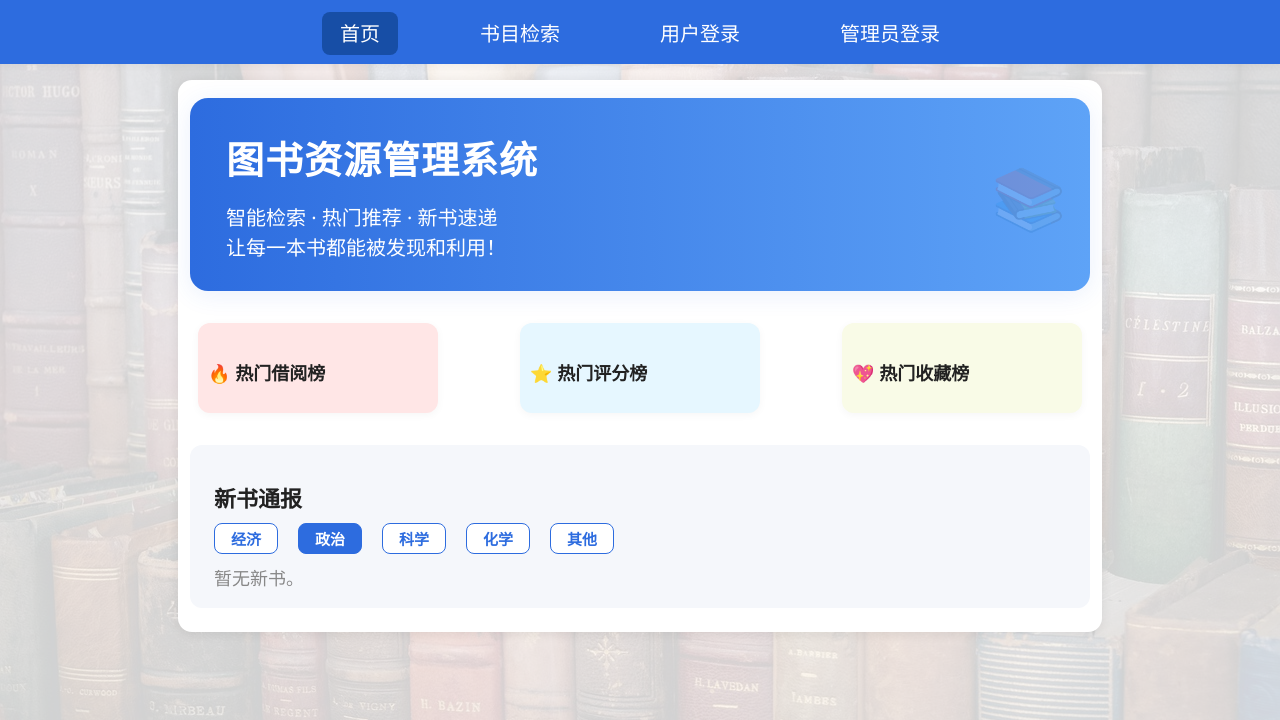
Repository: MercuryRandom/Library-Resource-Management-System
Page: / (app in frontend/)
The author's editor kept a copy of each file at every save. The page is drawn from the files as they stood at one save, then again after the next save.
The browser window is 1280 px wide. The pictures show the whole page.
The page's requests for data from a server got no answer. The project was rebuilt for these pictures with package versions that can differ from the ones it lists, and the page was loaded fresh each time. No one was signed in, and anything a server would have sent is missing. Also part of the build but not shown: frontend/vite.config.js, frontend/src/pages/SearchPage.jsx, frontend/src/pages/LoginPage.jsx, frontend/src/pages/RegisterPage.jsx, frontend/src/pages/UserLibraryPage.jsx, frontend/src/pages/AdminLoginPage.jsx, frontend/src/pages/admin/ReaderManagementPage.jsx, frontend/src/pages/admin/BookManagementPage.jsx and 1 more.

Above is the page before, as saved 2025-06-27 20:58:38.

After the next save:
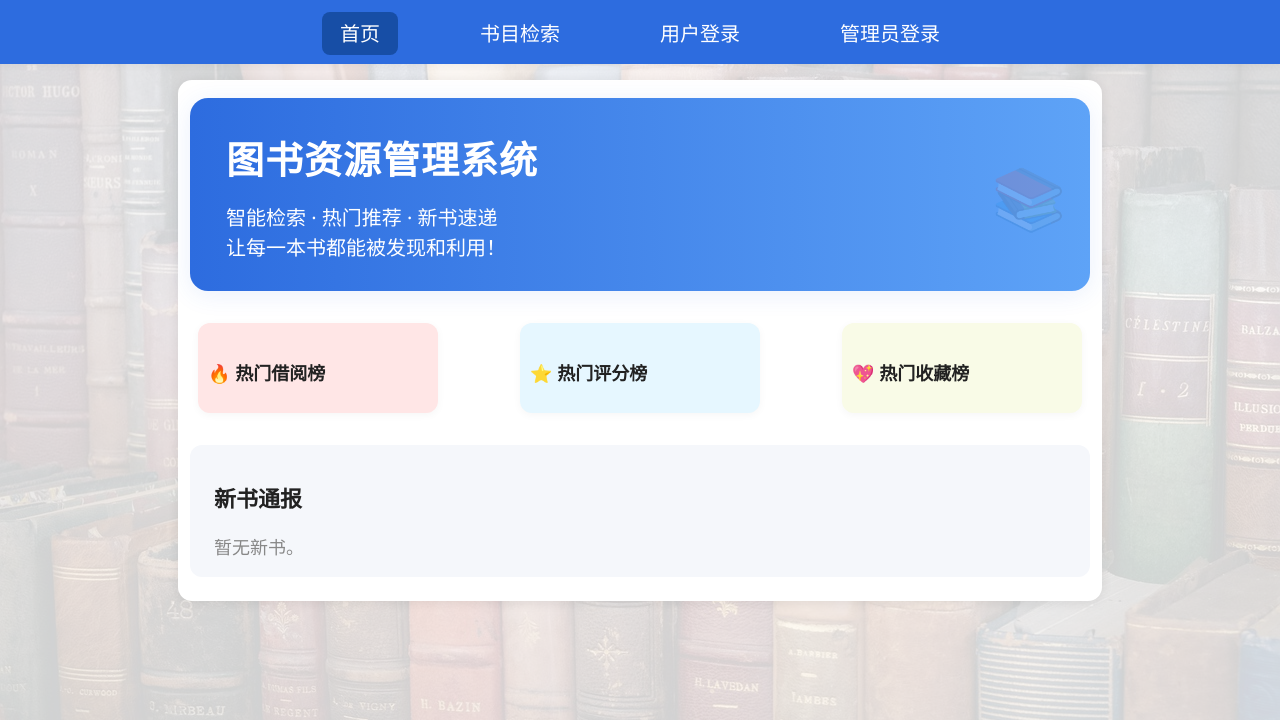
Saved 47 s later.
--- a/frontend/src/pages/HomePage.jsx
+++ b/frontend/src/pages/HomePage.jsx
@@ -1,39 +1,36 @@
 import React, { useEffect, useState, useRef } from 'react';
-
-const CATEGORY_LABELS = {
-  '经济': '经济',
-  '政治': '政治',
-  '科学': '科学',
-  '化学': '化学',
-  '其他': '其他',
-};
 
 const HomePage = () => {
   const [popularBorrow, setPopularBorrow] = useState([]);
   const [popularRating, setPopularRating] = useState([]);
   const [popularCollect, setPopularCollect] = useState([]);
   const [newBooks, setNewBooks] = useState({});
-  const [category, setCategory] = useState('经济');
+  const [category, setCategory] = useState('');
   const timerRef = useRef();
 
   useEffect(() => {
     fetch('http://localhost:4001/api/recommend/popular-borrow').then(r => r.json()).then(setPopularBorrow);
     fetch('http://localhost:4001/api/recommend/popular-rating').then(r => r.json()).then(setPopularRating);
     fetch('http://localhost:4001/api/recommend/popular-collect').then(r => r.json()).then(setPopularCollect);
-    fetch('http://localhost:4001/api/recommend/new-books').then(r => r.json()).then(setNewBooks);
+    fetch('http://localhost:4001/api/recommend/new-books').then(r => r.json()).then(data => {
+      setNewBooks(data);
+      const cats = Object.keys(data);
+      if (cats.length > 0) setCategory(cats[0]);
+    });
   }, []);
 
   // 自动轮播分类
   useEffect(() => {
     timerRef.current && clearInterval(timerRef.current);
-    const cats = Object.keys(CATEGORY_LABELS);
+    const cats = Object.keys(newBooks);
+    if (!category || cats.length === 0) return;
     let idx = cats.indexOf(category);
     timerRef.current = setInterval(() => {
       idx = (idx + 1) % cats.length;
       setCategory(cats[idx]);
     }, 4000);
     return () => clearInterval(timerRef.current);
-  }, [category]);
+  }, [category, newBooks]);
 
   return (
     <div style={{ maxWidth: 900, margin: '0 auto' }}>
@@ -67,7 +64,7 @@ const HomePage = () => {
       <div style={{ marginTop: '24px', background: '#f5f7fb', borderRadius: 12, padding: '18px 24px' }}>
         <h2 style={{ fontSize: 22, marginBottom: 10 }}>新书通报</h2>
         <div style={{ display: 'flex', gap: 16, alignItems: 'center', marginBottom: 10 }}>
-          {Object.keys(CATEGORY_LABELS).map(cat => (
+          {Object.keys(newBooks).map(cat => (
             <button key={cat} onClick={() => setCategory(cat)} style={{
               background: cat === category ? '#2d6cdf' : '#fff',
               color: cat === category ? '#fff' : '#2d6cdf',
@@ -78,7 +75,7 @@ const HomePage = () => {
               fontSize: 15,
               cursor: 'pointer',
               marginRight: 4
-            }}>{CATEGORY_LABELS[cat]}</button>
+            }}>{cat}</button>
           ))}
         </div>
         <div>
@@ -111,7 +108,7 @@ const RecommendationList = ({ title, icon, books, color, type }) => (
           <strong>{book.title}</strong> <span style={{ color: '#888', fontSize: 13 }}>- {book.author}</span>
           {type === 'borrow' && <span style={{ color: '#e67e22', marginLeft: 8 }}>借阅 {book.borrow_count || 0} 次</span>}
           {type === 'rating' && <span style={{ color: '#f7b500', marginLeft: 8 }}>评分 {book.rating || 0} 分</span>}
-          {type === 'collect' && <span style={{ color: '#2d6cdf', marginLeft: 8 }}>收藏 {book.collect_count || 0} 次</span>}
+          {type === 'collect' && <span style={{ color: '#2d6cdf', marginLeft: 8 }}>收藏 {book.reservation_count || book.collect_count || 0} 次</span>}
         </li>
       ))}
     </ul>
